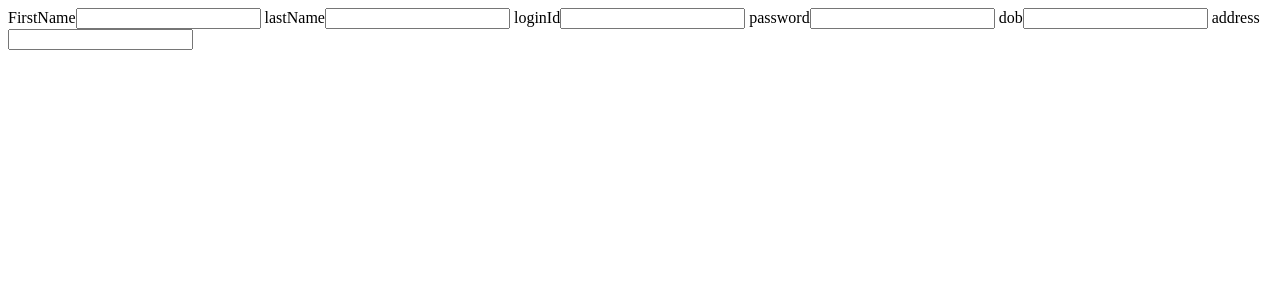
Repository: vikash9562/AdvanceJava
Page: http://localhost/DynamicProject/FirstServlet
These files come from the project's save history. The page is drawn as it stood at one moment and after the next save; the edit follows.
The browser window is 1280 px wide. The pictures show the whole page.
The page is served by Tomcat 9. Other server files are loaded and not shown.

Above is the page before, as saved 2023-08-16 09:08:09.

### advance java/DynamicProject/src/in/co/rays/ctl/FirstServlet.java
package in.co.rays.ctl;

import java.io.IOException;
import java.io.PrintWriter;
import java.text.ParseException;
import java.text.SimpleDateFormat;

import javax.servlet.ServletException;
import javax.servlet.annotation.WebServlet;
import javax.servlet.http.HttpServlet;
import javax.servlet.http.HttpServletRequest;
import javax.servlet.http.HttpServletResponse;

import in.co.rays.bean.UserBean;
import in.co.rays.model.UserModel;

@WebServlet("/FirstServlet")

public class FirstServlet extends HttpServlet {

	@Override
	protected void doGet(HttpServletRequest req, HttpServletResponse resp) throws ServletException, IOException {

		resp.setContentType("text/html");

		PrintWriter out = resp.getWriter();

		//out.println("<h1>Dynamic web project.......!!!!</h1>");
		out.print("<td>FirstName</td>");
		out.println("<td><input type='text' name='firstName'></td>");

		out.print("<td>lastName</td>");
		out.println("<td><input type='text' name='lastName'></td>");

		out.print("<td>loginId</td>");
		out.println("<td><input type='text' name='loginId'></td>");

		out.print("<td>password</td>");
		out.println("<td><input type='text' name='password'></td>");

		out.print("<td>dob</td>");
		out.println("<td><input type='text' name='dob'></td>");

		out.print("<td>address</td>");
		out.println("<td><input type='text' name='address'></td>");

		out.close();



	}

	@Override
	protected void doPost(HttpServletRequest req, HttpServletResponse resp) throws ServletException, IOException {

		String firstName = req.getParameter("firstName");
		String lastName = req.getParameter("lastName");
		String loginId = req.getParameter("loginId");
		String password = req.getParameter("password");
		String dob = req.getParameter("dob");
		String address = req.getParameter("address");

		SimpleDateFormat sdf = new SimpleDateFormat("yyyy-MM-dd");

		UserBean bean = new UserBean();
		bean.setFist_name(firstName);
		bean.setLast_name(lastName);
		bean.setLogin_id(loginId);
		bean.setPassword(password);
		try {
			bean.setDob(sdf.parse(dob));
		} catch (ParseException e) {
			// TODO Auto-generated catch block
			e.printStackTrace();
		}
		bean.setAddress(address);

		UserModel model = new UserModel();
		try {
			model.add(bean);
		} catch (Exception e) {
			// TODO Auto-generated catch block
			e.printStackTrace();
		}
		resp.sendRedirect("UserRegistrtion");

		}

}

After the next save:
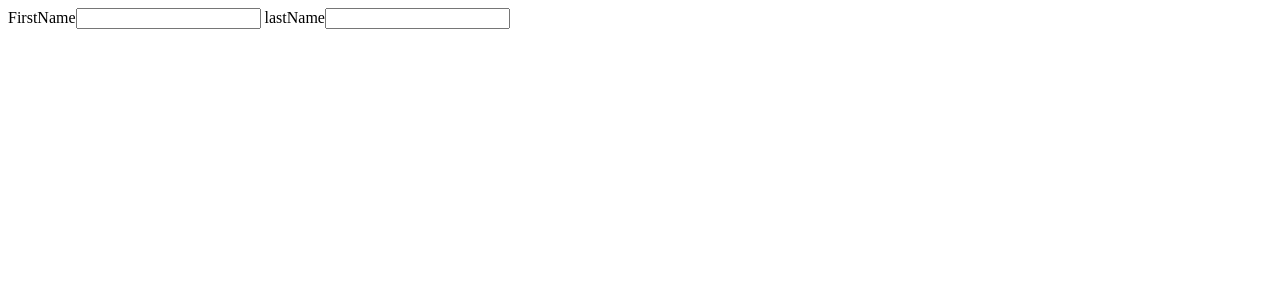
Saved 99 s later.
--- a/advance java/DynamicProject/src/in/co/rays/ctl/FirstServlet.java
+++ b/advance java/DynamicProject/src/in/co/rays/ctl/FirstServlet.java
@@ -32,17 +32,8 @@ public class FirstServlet extends HttpServlet {
 		out.print("<td>lastName</td>");
 		out.println("<td><input type='text' name='lastName'></td>");
 
-		out.print("<td>loginId</td>");
-		out.println("<td><input type='text' name='loginId'></td>");
 
-		out.print("<td>password</td>");
-		out.println("<td><input type='text' name='password'></td>");
 
-		out.print("<td>dob</td>");
-		out.println("<td><input type='text' name='dob'></td>");
-
-		out.print("<td>address</td>");
-		out.println("<td><input type='text' name='address'></td>");
 
 		out.close();
 
@@ -82,7 +73,6 @@ public class FirstServlet extends HttpServlet {
 			// TODO Auto-generated catch block
 			e.printStackTrace();
 		}
-		resp.sendRedirect("UserRegistrtion");
 
 		}
 
